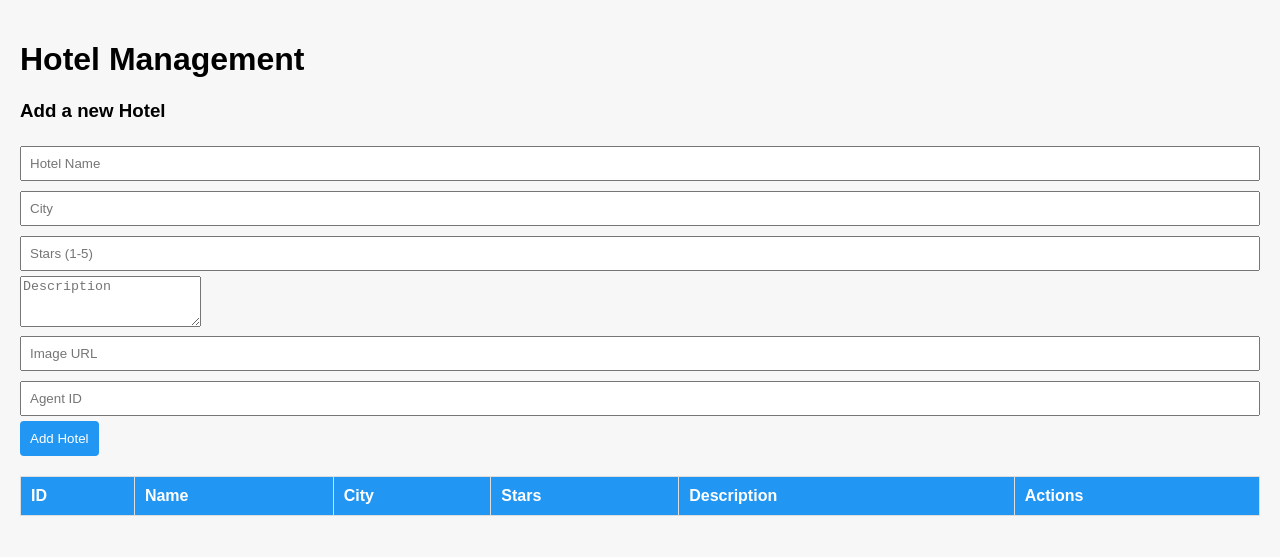
Repository: Trikisalem/examentp_jakarta
Page: http://localhost/hotel/admin/hotel.jsp
The author's editor kept a copy of each file at every save. The page is drawn from the files as they stood at one save, then again after the next save.
The browser window is 1280 px wide. The pictures show the whole page.
The page is served by Tomcat 10. Nobody is signed in. The application's start-up code is not run. Other server files are loaded and not shown. Queries for data that is not in the repository find no rows.

Above is the page before, as saved 2024-12-16 21:44:03.

### hotel/src/main/webapp/admin/hotel.jsp
<%@ page language="java" contentType="text/html; charset=UTF-8" pageEncoding="UTF-8"%>
<%@ page import="java.sql.*" %>
<%@ page import="java.util.*" %>
<!DOCTYPE html>
<html lang="en">
<head>
    <meta charset="UTF-8">
    <meta name="viewport" content="width=device-width, initial-scale=1.0">
    <title>Hotel Management</title>
    <style>
        body {
            font-family: 'Arial', sans-serif;
            background-color: #f7f7f7;
            margin: 0;
            padding: 20px;
        }
        table {
            width: 100%;
            border-collapse: collapse;
            margin: 20px 0;
        }
        th, td {
            padding: 10px;
            text-align: left;
            border: 1px solid #ddd;
        }
        th {
            background-color: #2196F3;
            color: white;
        }
        .btn {
            padding: 8px 12px;
            background-color: #2196F3;
            color: white;
            text-decoration: none;
            border-radius: 4px;
            margin-right: 5px;
        }
        .btn:hover {
            background-color: #0b7dda;
        }
        .form-container {
            margin: 20px 0;
        }
        .form-container input {
            margin: 5px 0;
            padding: 8px;
            width: 100%;
            box-sizing: border-box;
        }
        .form-container button {
            background-color: #2196F3;
            color: white;
            padding: 10px;
            border: none;
            border-radius: 4px;
            cursor: pointer;
        }
        .form-container button:hover {
            background-color: #0b7dda;
        }
    </style>
</head>
<body>

<h1>Hotel Management</h1>

<!-- Formulaire pour ajouter un hôtel -->
<div class="form-container">
    <form method="post" action="addHotel.jsp">
        <h3>Add a new Hotel</h3>
        <input type="text" name="name" placeholder="Hotel Name" required>
        <input type="text" name="city" placeholder="City" required>
        <input type="number" name="stars" placeholder="Stars (1-5)" min="1" max="5" required>
        <textarea name="description" placeholder="Description" rows="3" required></textarea>
        <input type="text" name="image" placeholder="Image URL" required>
        <input type="number" name="agentId" placeholder="Agent ID" required>
        <button type="submit">Add Hotel</button>
    </form>
</div>

<!-- Table pour afficher et gérer les hôtels -->
<table>
    <thead>
        <tr>
            <th>ID</th>
            <th>Name</th>
            <th>City</th>
            <th>Stars</th>
            <th>Description</th>
            <th>Actions</th>
        </tr>
    </thead>
    <tbody>
        <%
            // Connexion à la base de données
            String url = "jdbc:mysql://localhost:3306/hotel_management";
            String user = "root";
            String password = "triki";

            Connection conn = null;
            PreparedStatement stmt = null;
            ResultSet rs = null;

            try {
                Class.forName("com.mysql.cj.jdbc.Driver");
                conn = DriverManager.getConnection(url, user, password);

                // Récupérer la liste des hôtels
                String query = "SELECT * FROM Hotel";
                stmt = conn.prepareStatement(query);
                rs = stmt.executeQuery();

                while (rs.next()) {
                    int id = rs.getInt("id");
                    String name = rs.getString("name");
                    String city = rs.getString("city");
                    int stars = rs.getInt("stars");
                    String description = rs.getString("description");

        %>
        <tr>
            <td><%= id %></td>
            <td><%= name %></td>
            <td><%= city %></td>
            <td><%= stars %></td>
            <td><%= description %></td>
            <td>
                <a href="editHotel.jsp?id=<%= id %>" class="btn">Edit</a>
                <a href="deleteHotel.jsp?id=<%= id %>" class="btn">Delete</a>
            </td>
        </tr>
        <%
                }
            } catch (Exception e) {
                e.printStackTrace();
            } finally {
                if (rs != null) rs.close();
                if (stmt != null) stmt.close();
                if (conn != null) conn.close();
            }
        %>
    </tbody>
</table>

</body>
</html>

After the next save:
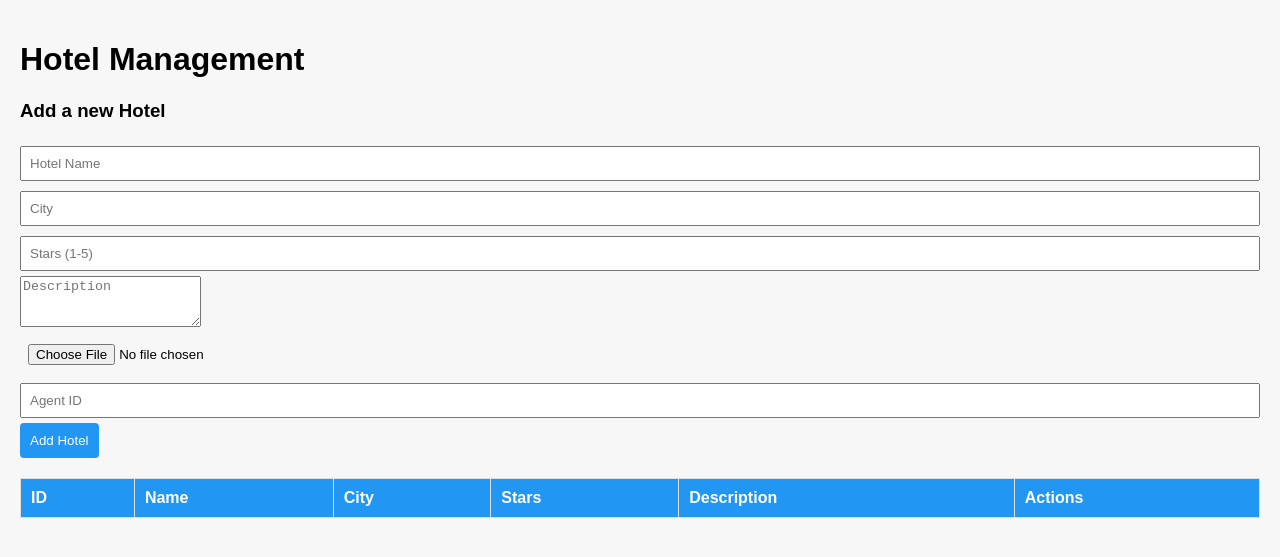
Saved 6 min 46 s later.
--- a/hotel/src/main/webapp/admin/hotel.jsp
+++ b/hotel/src/main/webapp/admin/hotel.jsp
@@ -67,16 +67,17 @@
 
 <!-- Formulaire pour ajouter un hôtel -->
 <div class="form-container">
-    <form method="post" action="addHotel.jsp">
-        <h3>Add a new Hotel</h3>
-        <input type="text" name="name" placeholder="Hotel Name" required>
-        <input type="text" name="city" placeholder="City" required>
-        <input type="number" name="stars" placeholder="Stars (1-5)" min="1" max="5" required>
-        <textarea name="description" placeholder="Description" rows="3" required></textarea>
-        <input type="text" name="image" placeholder="Image URL" required>
-        <input type="number" name="agentId" placeholder="Agent ID" required>
-        <button type="submit">Add Hotel</button>
-    </form>
+    <form method="post" action="addHotel.jsp" enctype="multipart/form-data">
+    <h3>Add a new Hotel</h3>
+    <input type="text" name="name" placeholder="Hotel Name" required>
+    <input type="text" name="city" placeholder="City" required>
+    <input type="number" name="stars" placeholder="Stars (1-5)" min="1" max="5" required>
+    <textarea name="description" placeholder="Description" rows="3" required></textarea>
+    <input type="file" name="image" required>
+    <input type="number" name="agentId" placeholder="Agent ID" required>
+    <button type="submit">Add Hotel</button>
+</form>
+
 </div>
 
 <!-- Table pour afficher et gérer les hôtels -->
